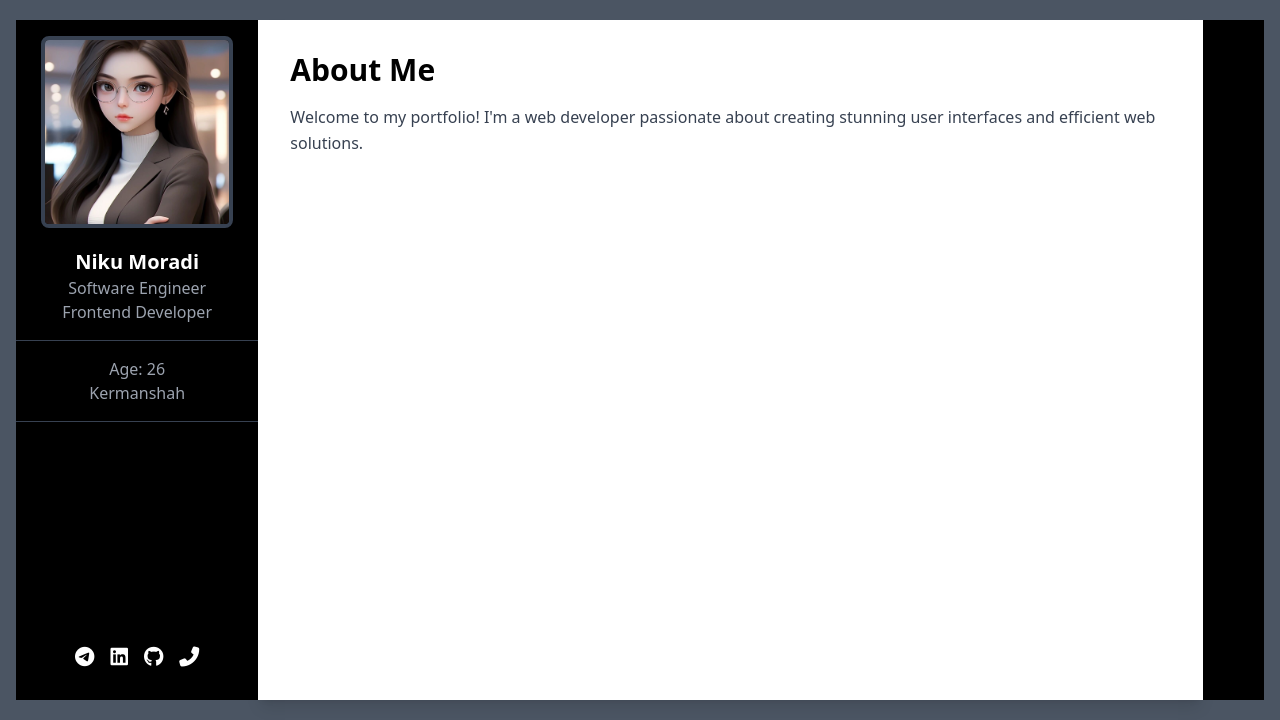
Repository: NikuMoradi/niku-moradi
Page: /
The author's editor kept a copy of each file at every save. The page is drawn from the files as they stood at one save, then again after the next save.
The browser window is 1280 px wide. The pictures show the whole page.
The project was rebuilt for these pictures with package versions that can differ from the ones it lists, and the page was loaded fresh each time. The framework's server and built-in components were replaced by stand-ins that run in the browser. Also part of the build but not shown: nuxt.config.ts, components/Blog Posts/Component-Design.vue, components/Blog.vue, components/Contact.vue, components/Education.vue, components/Experience.vue, components/Hero.vue, components/Menu.vue and 3 more.

Above is the page before, as saved 2024-11-29 09:37:53.

After the next save:
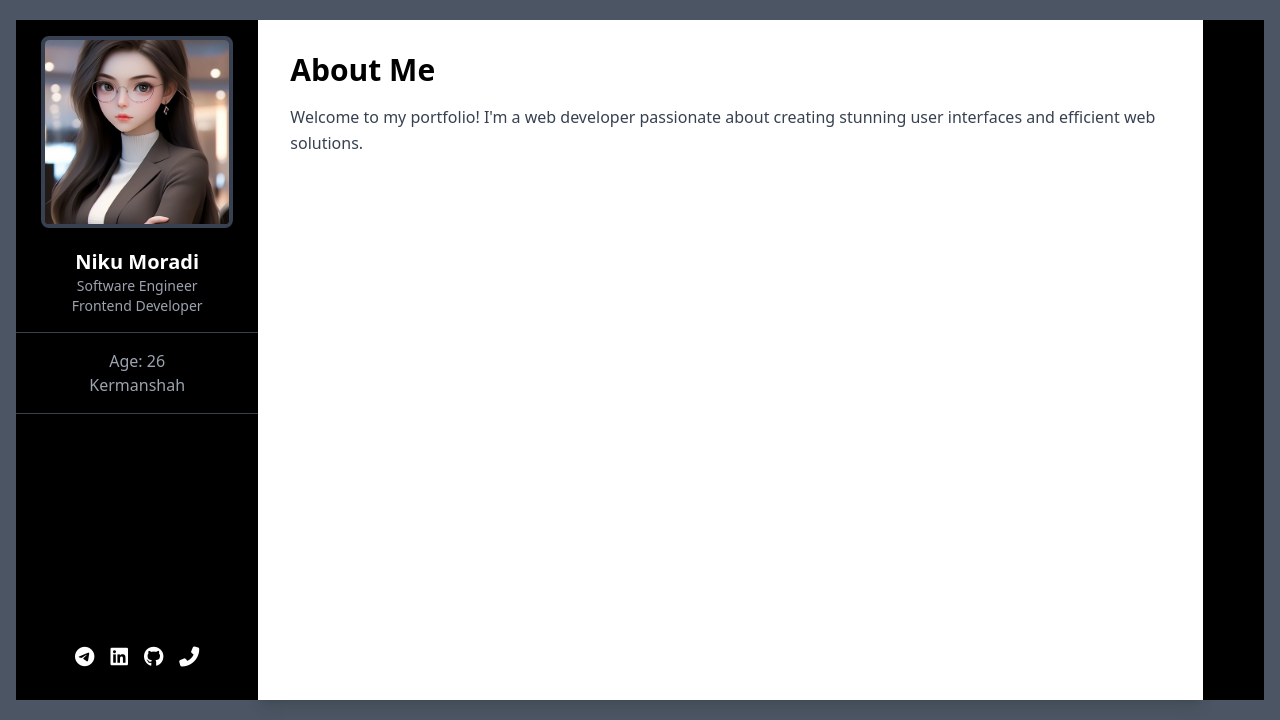
Saved 2 min 51 s later.
--- a/components/LeftPanel.vue
+++ b/components/LeftPanel.vue
@@ -13,8 +13,8 @@
         class="w-48 h-48 mb-5 rounded-lg border-4 border-gray-700 object-cover object-center"
       />
       <h2 class="text-xl font-bold">Niku Moradi</h2>
-      <p class="text-md text-gray-400">Software Engineer</p>
-      <p class="text-md text-gray-400">Frontend Developer</p>
+      <p class="text-sm text-gray-400">Software Engineer</p>
+      <p class="text-sm text-gray-400">Frontend Developer</p>
     </div>
 
     <!-- Biography -->
